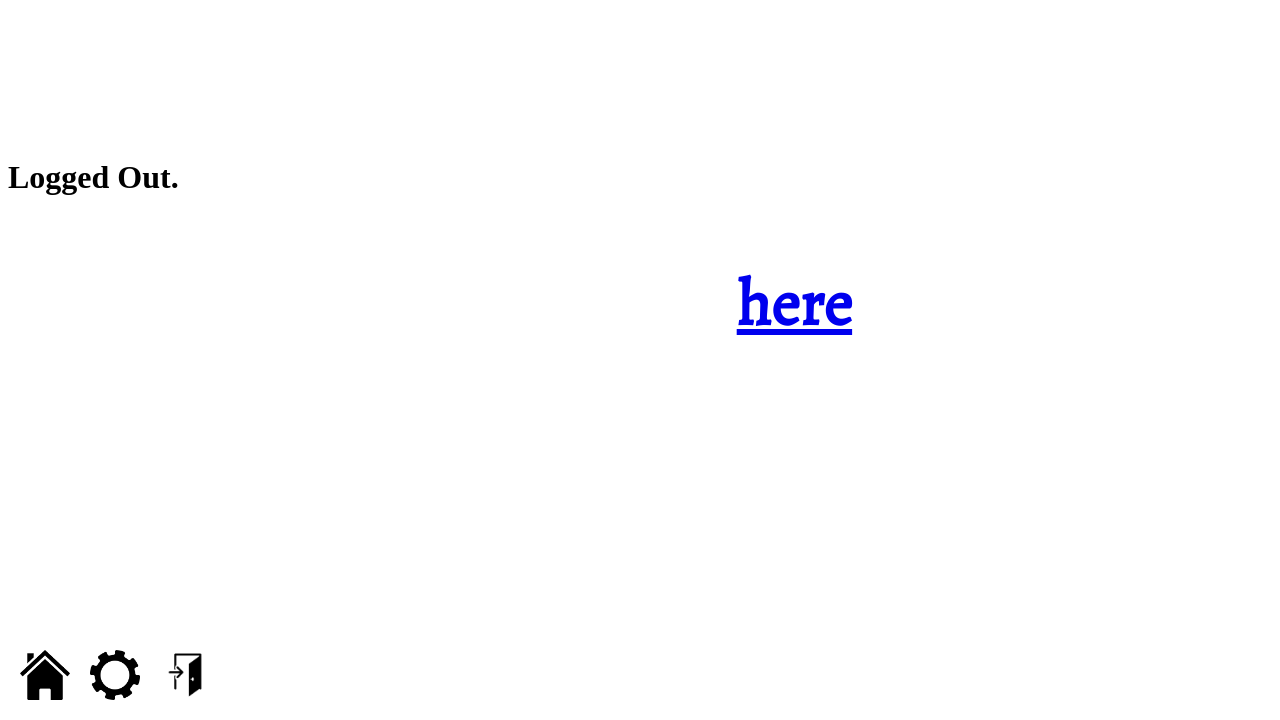
Repository: connecteasily/connect
Page: logout.html
The author's editor kept a record of every edit. The page is drawn from the files as they stood at one moment, then again after the next edit.
The browser window is 1280 px wide. The pictures show the whole page.

Above is the page before.

After the next edit:
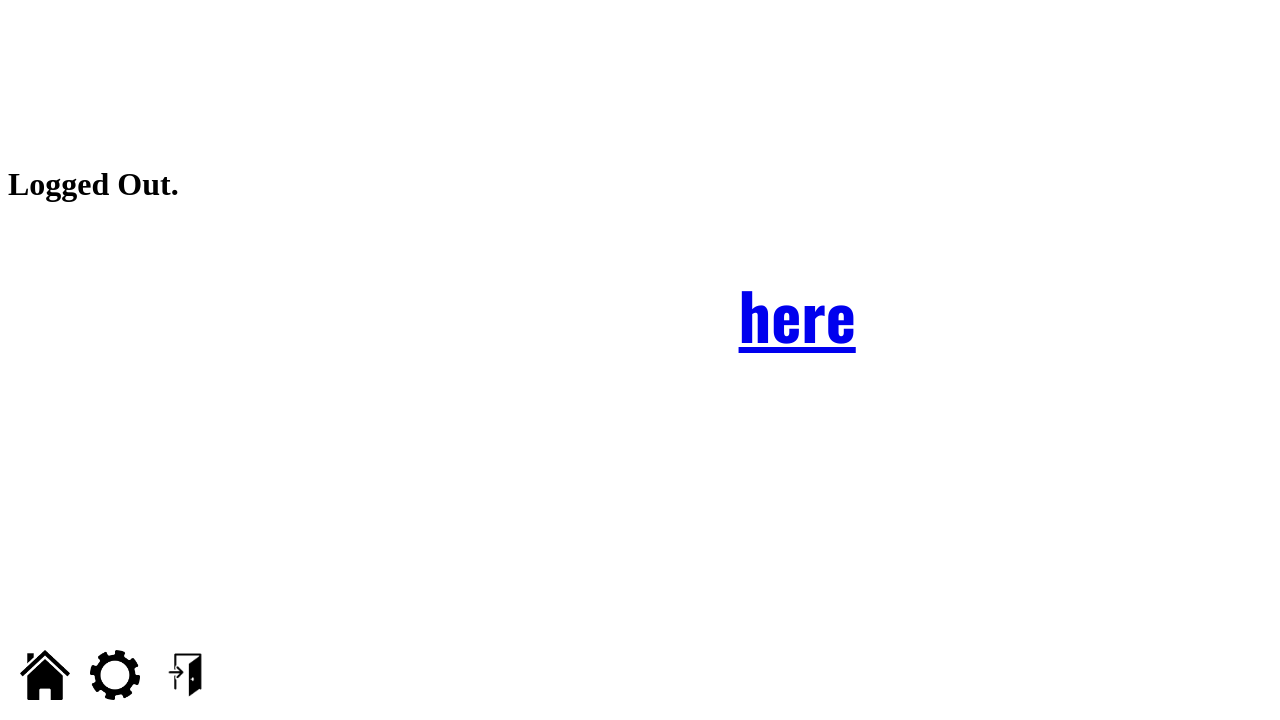
The edit:
--- a/css/logout.css
+++ b/css/logout.css
@@ -1,6 +1,6 @@
 h3{
     text-align: center;
-    font-family: 'Alegreya', serif;
+  font-family: 'Oswald', sans-serif;
     font-size: 64px;
     color: white;
 }
